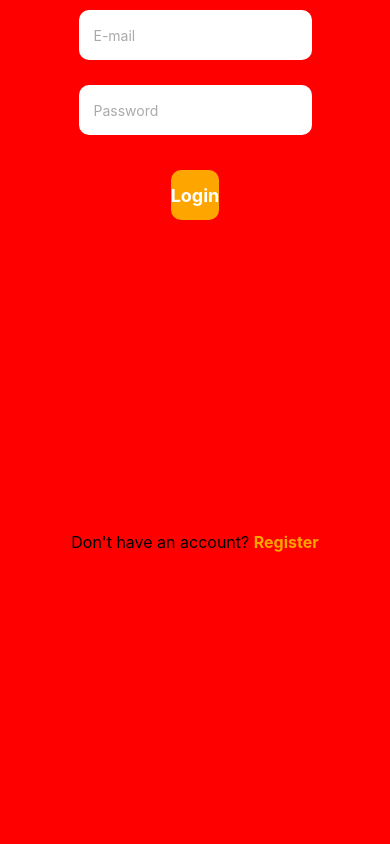
Repository: ds-mbappe/UpShoCal
Screen: /
The author's editor kept a copy of each file at every save. The screen is drawn from the files as they stood at one save, then again after the next save.
The app was drawn by React Native's web renderer in a window 390 px wide. The project was rebuilt for these pictures with package versions that can differ from the ones it lists, and the page was loaded fresh each time. Also part of the build but not shown: data.js, Screens/Home.js, Screens/Product.js, Screens/Registration.js.

Above is the screen before, as saved 2022-06-07 13:28:23.

### App.js
import React, { useEffect, useState } from "react";
import { NavigationContainer } from "@react-navigation/native";
import { createNativeStackNavigator } from "@react-navigation/native-stack";
import { createDrawerNavigator } from "@react-navigation/drawer";
import Home from "./Screens/Home";
import Product from "./Screens/Product";
import Login from "./Screens/Login";
import Registration from "./Screens/Registration";

const Stack = createNativeStackNavigator();
const Drawer = createDrawerNavigator();

const Root = () => {
  return (
    <Stack.Navigator initialRouteName="Home">
      <Stack.Screen
        name="Root"
        component={Home}
        options={{ headerShown: false }}
      />
      <Stack.Screen
        name="Product"
        component={Product}
        options={{ headerShown: false }}
      />
    </Stack.Navigator>
  );
};

export default function App() {
  const [loading, setLoading] = useState(true);

  const [user, setUser] = useState(null);

  return (
    <NavigationContainer>
      <Stack.Navigator>
        {user ? (
          <Stack.Screen
            name="Root"
            component={Root}
            options={{ headerShown: false }}
          />
        ) : (
          <>
            <Stack.Screen
              name="Login"
              component={Login}
              options={{ headerShown: false }}
            />
            <Stack.Screen
              name="Registration"
              component={Registration}
              options={{ headerShown: false }}
            />
          </>
        )}
      </Stack.Navigator>
    </NavigationContainer>
    // <NavigationContainer>
    //   <Drawer.Navigator screenOptions={{ drawerPosition: "right" }}>
    //     <Drawer.Screen
    //       name="Home"
    //       component={Root}
    //       options={{ headerShown: false }}
    //     />
    //   </Drawer.Navigator>
    // </NavigationContainer>
  );
}

### Screens/Login.js
import {
  StyleSheet,
  Text,
  TextInput,
  TouchableOpacity,
  View,
  ScrollView,
} from "react-native";
import React, { useState } from "react";

const Login = ({ navigation }) => {
  const [email, setEmail] = useState("");

  const [password, setPassword] = useState("");

  const onFooterLinkPress = () => {
    navigation.navigate("Registration");
  };

  const onLoginPress = () => {
    console.log("Pressed");
  };

  return (
    <View style={styles.container}>
      <ScrollView
        style={{ flex: 1, width: "100%" }}
        contentContainerStyle={{
          backgroundColor: "red",
          flex: 1,
          justifyContent: "center",
          alignItems: "center",
        }}
      >
        <TextInput
          style={styles.input}
          placeholder="E-mail"
          placeholderTextColor="#AAAAAA"
          onChangeText={(text) => setEmail(text)}
          value={email}
          autoCapitalize="none"
        />
        <TextInput
          style={styles.input}
          placeholder="Password"
          placeholderTextColor="#AAAAAA"
          secureTextEntry={true}
          onChangeText={(text) => setPassword(text)}
          value={password}
          autoCapitalize="none"
        />
        <TouchableOpacity style={styles.button} onPress={() => onLoginPress()}>
          <Text style={styles.buttonTitle}>Login</Text>
        </TouchableOpacity>
        <View style={styles.footerView}>
          <Text style={styles.footerText}>
            Don't have an account?{" "}
            <Text style={styles.footerLink} onPress={onFooterLinkPress}>
              Register
            </Text>
          </Text>
        </View>
      </ScrollView>
    </View>
  );
};

export default Login;

const styles = StyleSheet.create({
  container: {
    flex: 1,
    justifyContent: "center",
    alignItems: "center",
  },
  input: {
    height: 50,
    borderRadius: 10,
    overflow: "hidden",
    backgroundColor: "white",
    marginTop: 10,
    marginBottom: 15,
    marginStart: 30,
    marginEnd: 30,
    paddingStart: 15,
  },
  button: {
    backgroundColor: "orange",
    marginStart: 30,
    marginEnd: 30,
    marginTop: 20,
    borderRadius: 10,
    height: 50,
    justifyContent: "center",
    alignItems: "center",
  },
  buttonTitle: {
    color: "white",
    fontSize: 18,
    fontWeight: "bold",
  },
  footerView: {
    flex: 1,
    justifyContent: "center",
    alignItems: "center",
    marginTop: 20,
  },
  footerText: {
    fontSize: 16,
    color: "black",
  },
  footerLink: {
    color: "orange",
    fontWeight: "bold",
    fontSize: 16,
  },
});

After the next save:
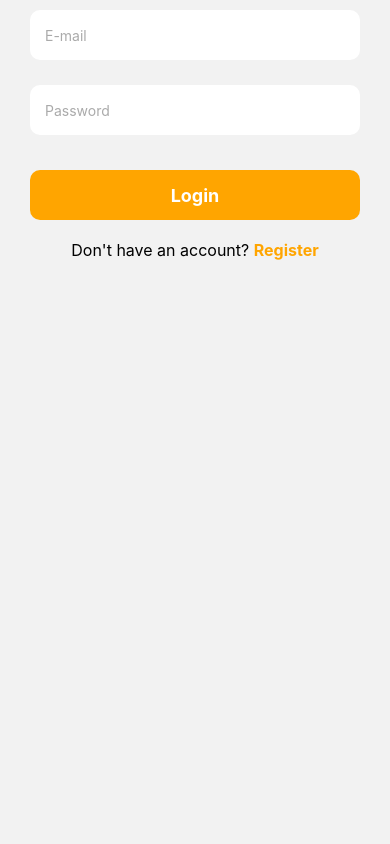
Saved 14 s later.
--- a/Screens/Login.js
+++ b/Screens/Login.js
@@ -23,15 +23,7 @@ const Login = ({ navigation }) => {
 
   return (
     <View style={styles.container}>
-      <ScrollView
-        style={{ flex: 1, width: "100%" }}
-        contentContainerStyle={{
-          backgroundColor: "red",
-          flex: 1,
-          justifyContent: "center",
-          alignItems: "center",
-        }}
-      >
+      <ScrollView style={{ flex: 1, width: "100%" }}>
         <TextInput
           style={styles.input}
           placeholder="E-mail"
